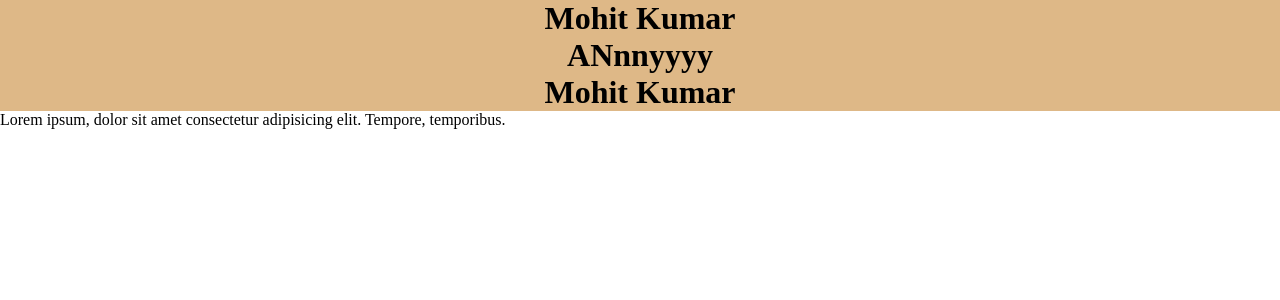
Repository: Mohitkumar1322/FrontendPracticee
Page: Javascript/index.html
The author's editor kept a copy of each file at every save. The page is drawn from the files as they stood at one save, then again after the next save.
The browser window is 1280 px wide. The pictures show the whole page.

Above is the page before, as saved 2025-07-10 10:10:38.

After the next save:
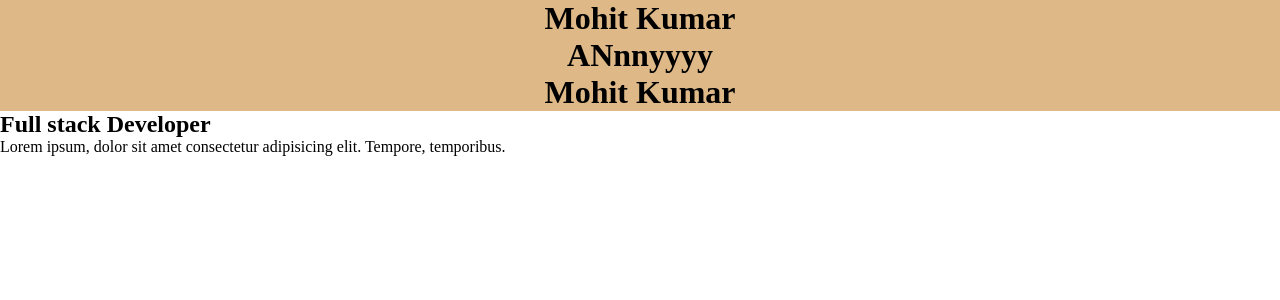
Saved 10 s later.
--- a/Javascript/index.html
+++ b/Javascript/index.html
@@ -10,7 +10,7 @@
     <h1 class="heading">Mohit Kumar </h1>
     <h1 class="heading">ANnnyyyy</h1>
     <h1 class="heading">Mohit Kumar </h1>
-    <h2> </h2>
+    <h2> Full stack Developer</h2>
     <p id ="demo">Lorem ipsum, dolor sit amet consectetur adipisicing elit. Tempore, temporibus.</p>
 
     <script src="script.js"></script>
